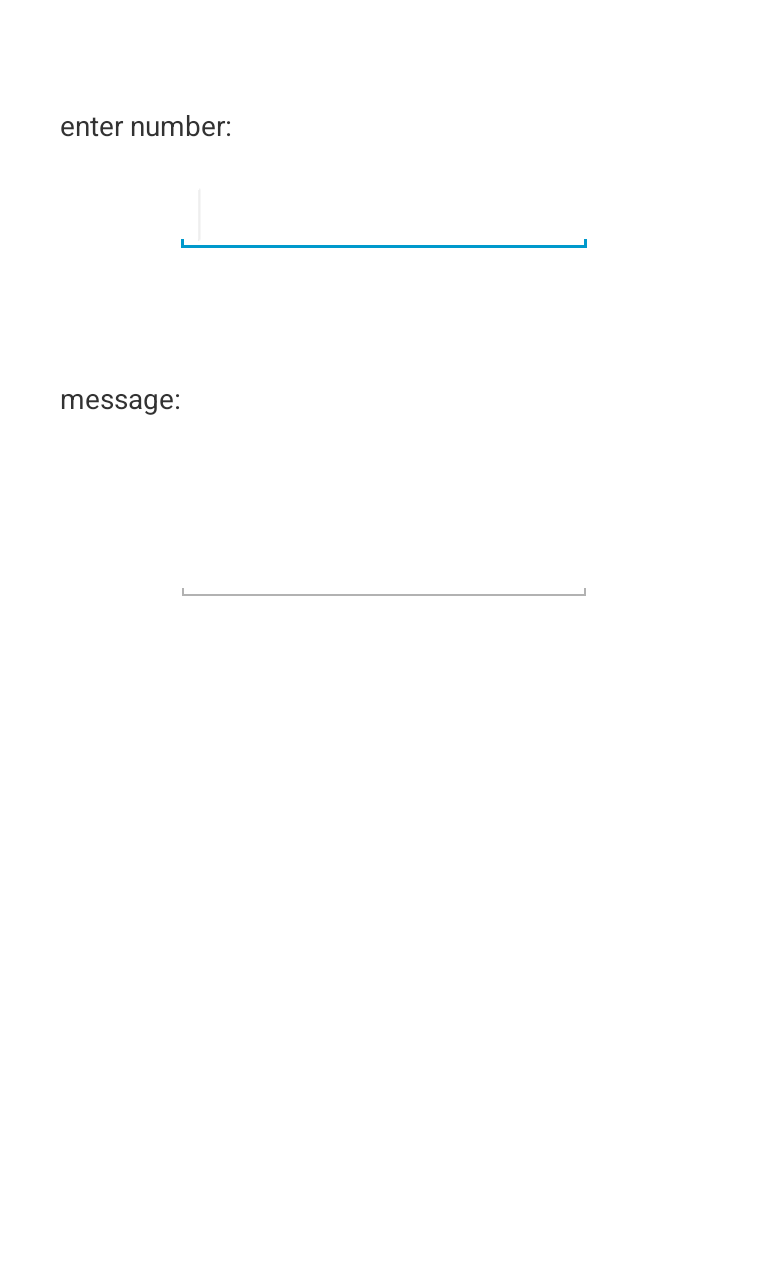
Repository: arjuntheprogrammer/iact
Layout: iact/iact android practice/mywork/sendSms/res/layout/activity_main.xml
These files come from the project's save history. The layout is drawn as it stood at one moment and after the next save; the edit follows.
It is drawn on a 768 x 1280 px phone screen (xhdpi) without system bars, with theme AppTheme; the app's code is not run.

Above is the layout before, as saved 2016-01-02 06:44:25.

After the next save:
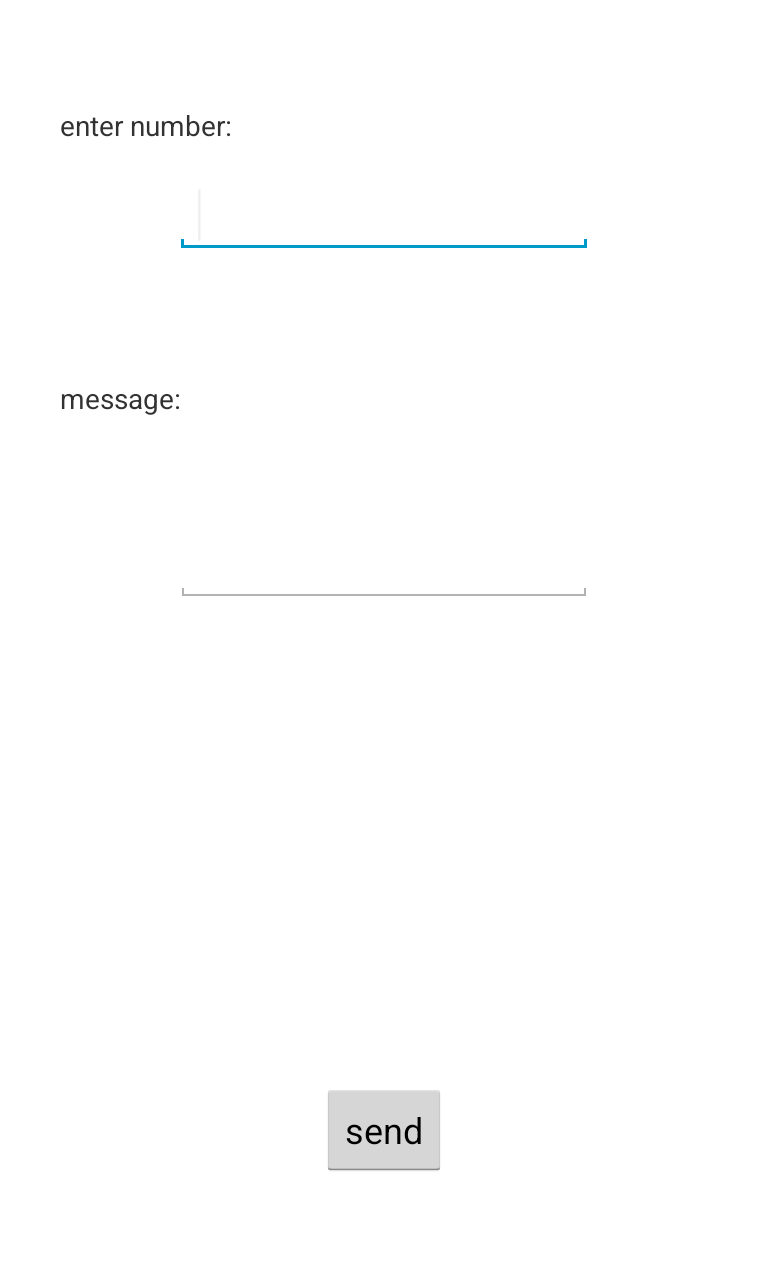
Saved 43 s later.
--- a/iact/iact android practice/mywork/sendSms/res/layout/activity_main.xml
+++ b/iact/iact android practice/mywork/sendSms/res/layout/activity_main.xml
@@ -50,4 +50,13 @@
         android:ems="10"
         android:inputType="textMultiLine" />
 
+    <Button
+        android:id="@+id/button1"
+        android:layout_width="wrap_content"
+        android:layout_height="wrap_content"
+        android:layout_alignParentBottom="true"
+        android:layout_centerHorizontal="true"
+        android:layout_marginBottom="35dp"
+        android:text="send" />
+
 </RelativeLayout>
